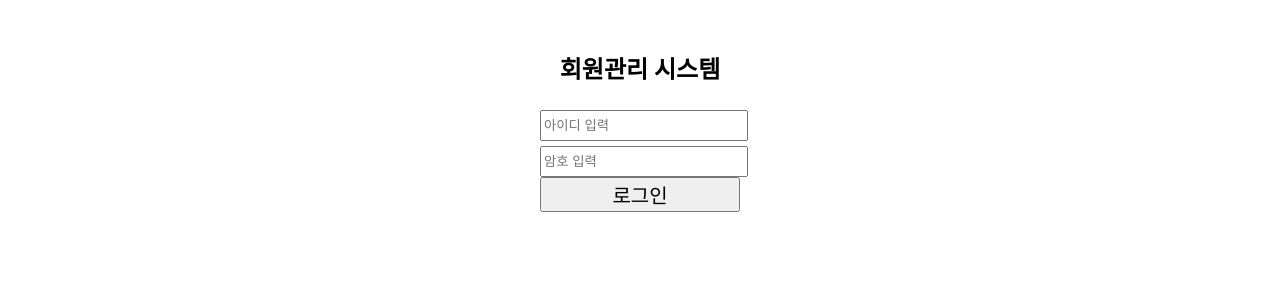
Repository: cdnwell/Jsp
Page: http://localhost/MemberProject/
These files come from the project's save history. The page is drawn as it stood at one moment and after the next save; the edit follows.
The browser window is 1280 px wide. The pictures show the whole page.
The page is served by Tomcat 9. Other server files are loaded and not shown.

Above is the page before, as saved 2022-07-05 03:17:49.

### MemberProject/src/main/webapp/index.jsp
<%@ page language="java" contentType="text/html; charset=UTF-8"
    pageEncoding="UTF-8"%>
<!DOCTYPE html>
<html>
<head>
<meta charset="UTF-8">
<title>Insert title here</title>
<style>

	#login_box{
		margin : 50px auto;
		width:200px;
	}

	h2{
		text-align : center;
	}

	input{
		margin-top:5px;
		height:25px;
		width : 200px
	}

	button{
		width : 200px;
		font-size : 20px;
	}

</style>
</head>
<body>
	<div id="login_box">
	<h2>회원관리 시스템</h2>
	<form action="login.do" method="get">
		<input type="text" placeholder="아이디 입력"> <br>
		<input type="password" placeholder="암호 입력"> <br>
		<button>로그인</button>
	</form>
	</div>
</body>
</html>

After the next save:
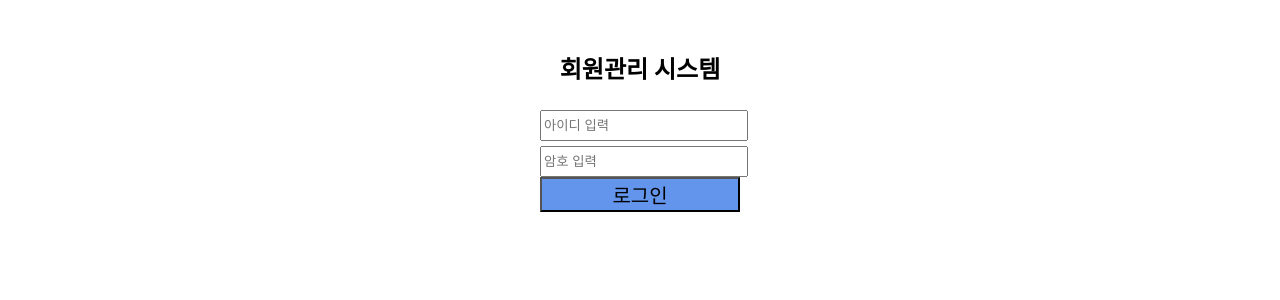
Saved 18 s later.
--- a/MemberProject/src/main/webapp/index.jsp
+++ b/MemberProject/src/main/webapp/index.jsp
@@ -25,6 +25,7 @@
 	button{
 		width : 200px;
 		font-size : 20px;
+		background-color : cornflowerblue;
 	}
 
 </style>
